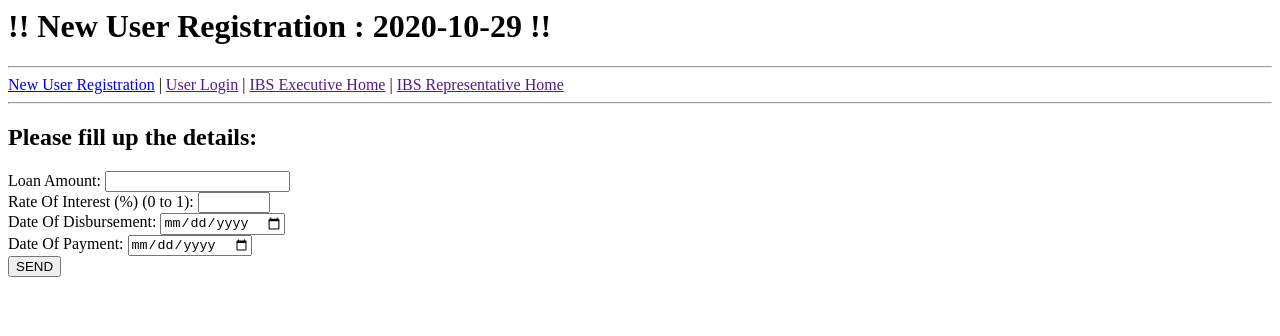
Repository: anik84/ibs
Page: http://localhost/IBS/new_user_registration_form.jsp
These files come from the project's save history. The page is drawn as it stood at one moment and after the next save; the edit follows.
The browser window is 1280 px wide. The pictures show the whole page.
The page is served by Tomcat 9. Other server files are loaded and not shown.

Above is the page before, as saved 2020-10-29 05:01:09.

### IBS_JSPs/IBS/WebContent/new_user_registration_form.jsp
<%@page import="java.time.LocalDate"%>
<html>
	<head>
		<title>new user registration</title>
	</head>
	<body>
		<h1>!! New User Registration : <%=LocalDate.now() %> !!</h1>
		<jsp:include page="user_menu.jsp"/>

		<h2>Please fill up the details:</h2>
		<form action="si" method="POST" >
			<div>
				<label>Loan Amount: </label>
				<input type="number" name="loanAmount" required />
			</div>
			<div>
				<label>Rate Of Interest (%) (0 to 1): </label>
				<input type="number" name="rate" min="0" max="1" step="0.01" required />
			</div>
			<div>
				<label>Date Of Disbursement: </label>
				<input type="date" name="disbursementDate" required />
			</div>
			<div>
				<label>Date Of Payment: </label>
				<input type="date" name="dueDate" required />
			</div>
			<div>
				<button>SEND</button>
			</div>
		</form>
	</body>
</html>

### IBS_JSPs/IBS/WebContent/user_menu.jsp
<nav>
	<hr />
	 <a href="new_user_registration_form.jsp">New User Registration</a>
	 <span> | </span>
	 <a href="">User Login</a>
	 <span> | </span>
	 <a href="">IBS Executive Home</a>
	 <span> | </span>
	 <a href="">IBS Representative Home</a>
	<hr />
</nav>

After the next save:
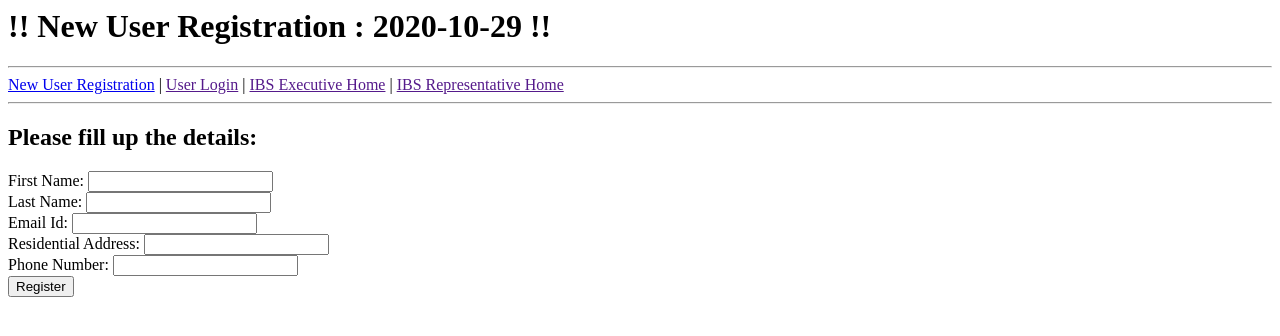
Saved 5 min 35 s later.
--- a/IBS_JSPs/IBS/WebContent/new_user_registration_form.jsp
+++ b/IBS_JSPs/IBS/WebContent/new_user_registration_form.jsp
@@ -8,25 +8,29 @@
 		<jsp:include page="user_menu.jsp"/>
 
 		<h2>Please fill up the details:</h2>
-		<form action="si" method="POST" >
+		<form action="newuser" method="POST" >
 			<div>
-				<label>Loan Amount: </label>
-				<input type="number" name="loanAmount" required />
+				<label>First Name: </label>
+				<input type="text" name="firstName" required />
 			</div>
 			<div>
-				<label>Rate Of Interest (%) (0 to 1): </label>
-				<input type="number" name="rate" min="0" max="1" step="0.01" required />
+				<label>Last Name: </label>
+				<input type="text" name="lastName" required />
 			</div>
 			<div>
-				<label>Date Of Disbursement: </label>
-				<input type="date" name="disbursementDate" required />
+				<label>Email Id: </label>
+				<input type="text" name="emailId" required />
 			</div>
 			<div>
-				<label>Date Of Payment: </label>
-				<input type="date" name="dueDate" required />
+				<label>Residential Address: </label>
+				<input type="text" name="address" required />
 			</div>
 			<div>
-				<button>SEND</button>
+				<label>Phone Number: </label>
+				<input type="number" name="phoneNumber" required />
+			</div>
+			<div>
+				<button>Register</button>
 			</div>
 		</form>
 	</body>
